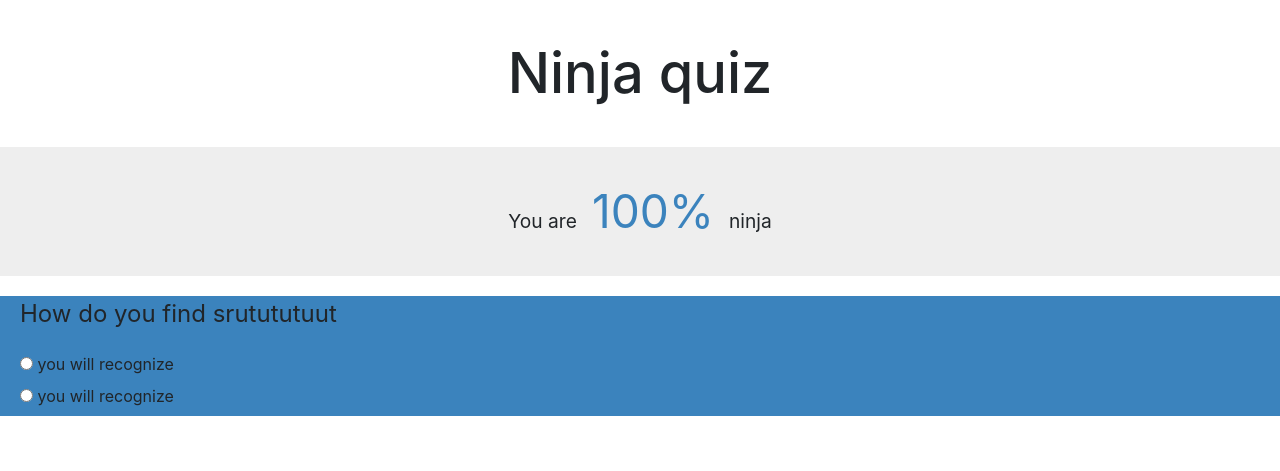
Repository: ajgors/config
Page: Nauka Js/Projekty/Quiz/index.html
An editor plug-in stored every save of this project. The page is shown before and after the next save, followed by the edit.
The browser window is 1280 px wide. The pictures show the whole page.

Above is the page before, as saved 2019-08-11 18:30:47.
Console error: TypeError: Cannot read properties of null (reading 'addEventListener')

After the next save:
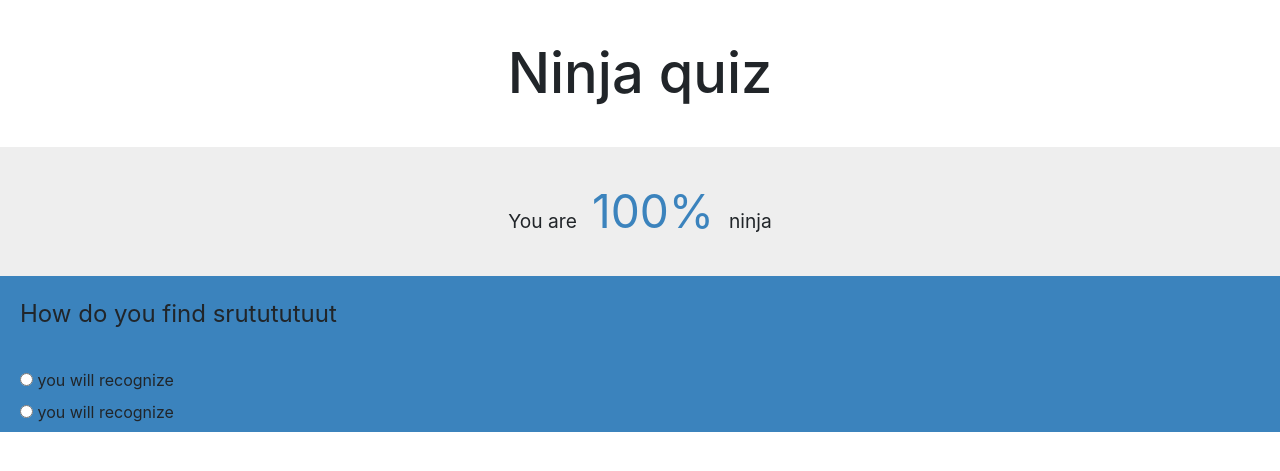
Saved 9 s later.
--- a/Nauka Js/Projekty/Quiz/css.css
+++ b/Nauka Js/Projekty/Quiz/css.css
@@ -30,5 +30,5 @@
 
 .question{
     font-size: 1.5em;
-    margin: 20px;
+    padding: 20px;
 }
